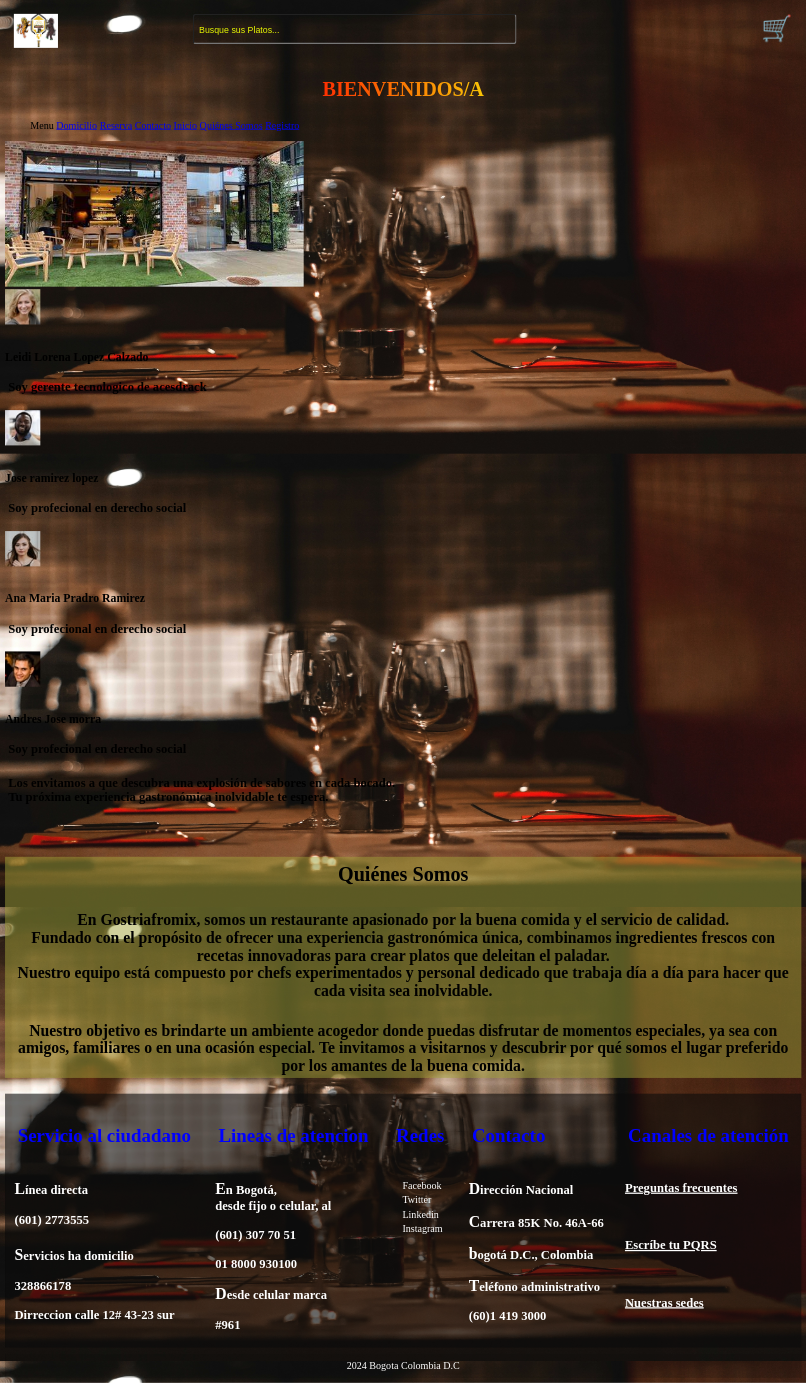
Repository: ye909/app_restaurante
Page: index.html
These files come from the project's save history. The page is drawn as it stood at one moment and after the next save; the edit follows.
The browser window is 1280 px wide. The pictures show the whole page, at 63% of full size.
Backgrounds fixed to the window are drawn as part of the page.

Above is the page before, as saved 2025-01-11 19:58:03.
Console error: ReferenceError: menuItems is not defined

### index.html
<!DOCTYPE html>
<html lang="en">

<head>
  <meta charset="UTF-8">
  <meta name="viewport" content="width=device-width, initial-scale=1.0">
  <title>Document</title>
  <link rel="stylesheet" href="/css/menu_principal.css">
  <link rel="stylesheet" href="/css/footer.css">
  <link rel="stylesheet" href="/css/heder.css">
  <link rel="stylesheet" href="/css/modal_card.css">
  <link rel="stylesheet" href="/css/stilo.css">
</head>

<body>
  <header>
    <div class="container_header_card">
      <div class="imagen"><img src="/public/imagen/login.gif" alt=""></div>

      <input type="text" id="buscar" class="buscar" placeholder="Busque sus Platos...">
      <ul id="productList" class="productList"></ul>

      <div id="cart-btn" class="shopping">🛒</div>

  </header>



  <h1 class="bienvenida" id="bienvenida">BIENVENIDOS/A</h1>
  <nav>
    <ul>
      <li id="menu-btn"> <a href=""></a>Menu</li>
      <li></li>
      </li>
      <li><a href="./public/templeis/domicilio.html" target="_blank">Domicilio</a></li>
      <li><a href="./public/templeis/reserva.html" target="_blank">Reserva</a></li>
      <li><a href="#contacto">Contacto</a></li>
      <li><a href="./public/templeis/login.html" target="_blank">Inicio</a></li>
      <li><a href="#somos">Quiénes Somos</a></li>
      <li><a href="./public/templeis/registro.html" target="_blank">Registro</a> </li>
    </ul>
  </nav>
  <img src="./public/imagen/rrstaurante1.jpg" alt="" class="imgRestaurante">

  <main id="menu-view" class="menu-view">
    <div class="filter-buttons">
      <button class="filter" data-region="Todos">Todos</button>
      <button class="filter" data-region="Latinoamérica">Latinoamérica</button>
      <button class="filter" data-region="Centroamérica">Centroamérica</button>
      <button class="filter" data-region="Suramérica">Suramérica</button>
    </div>
    <div id="menu-items" class="menu-items"></div>
    <div>
      <h1>aaas</h1>
    </div>
    <audio id="clickSound" src="./public/audio/mouse_btn3.mp3"></audio>
  </main>


  <main id="cart-view" class="cart-view">
    <h2 class="carro">Carrito de Compras</h2>
    <div id="cart-items" class="cart-items"></div>
    <div class="cart-total">
      <p>Total: <span id="cart-total">$0.00</span></p>
      <button id="back-to-menu">Volver al Menú</button>
    </div>
  </main>

  <div class="container_card_persona">

    <article class="container_persona">
      <img src="./public/imagen/mona.jpg" alt=""><br><br>
      <h3>Leidi Lorena Lopez Calzado</h3>
      <p>Soy gerente tecnologico de acesdrack </p>
    </article>

    <article class="container_persona">
      <img src="./public/imagen/afro.jpg" alt=""><br><br>
      <h3>Jose ramirez lopez</h3>
      <p>Soy profecional en derecho social</p>
    </article>


    <article class="container_persona">
      <img src="./public/imagen/indigena.jpg" alt=""><br><br>
      <h3>Ana Maria Pradro Ramirez</h3>
      <p>Soy profecional en derecho social</p>
    </article>

    <article class="container_persona">
      <img src="./public/imagen/mestizo.jpg" alt=""><br><br>
      <h3>Andres Jose morra</h3>
      <p>Soy profecional en derecho social</p>
    </article>


  </div>

  <p class="text_invitacion"> Los envitamos a que descubra una explosión de sabores en cada bocado. <br>
    Tu próxima experiencia gastronómica inolvidable te espera.
  </p>
  <br> <br>

  <div class="quienes_somos" id="somos">
    <h1>Quiénes Somos</h1>
    <p>En <strong>Gostriafromix</strong>, somos un restaurante apasionado por la buena comida y el servicio de calidad.
      <br>
      Fundado con el propósito de ofrecer una experiencia gastronómica única, combinamos ingredientes frescos con
      recetas innovadoras para crear platos que deleitan el paladar. <br>
      Nuestro equipo está compuesto por chefs experimentados y personal dedicado que trabaja día a día para hacer que
      cada visita sea inolvidable.
    </p>
    <p>Nuestro objetivo es brindarte un ambiente acogedor donde puedas disfrutar de momentos especiales, ya sea con
      amigos, familiares o en una ocasión especial. Te invitamos a
      visitarnos y descubrir por qué somos el lugar preferido por los amantes de la buena comida.</p>
  </div>

  <footer>
    <div class="conataine_footer">
      <div>
        <h4>Servicio al ciudadano</h4>
        <p><span>L</span>ínea directa <br> <br> (601) 2773555</p>
        <p id="domicilio"><span>S</span>ervicios ha domicilio<br> <br>328866178 <br><br>Dirreccion calle 12# 43-23 sur
        </p>

      </div>

      <div>
        <h4>Lineas de atencion</h4>
        <p><span>E</span>n Bogotá, <br> desde fijo o celular, al <br><br>
          (601) 307 70 51 <br><br>
          01 8000 930100 <br><br>
          <span>D</span>esde celular marca <br><br>
          #961
        </p>
      </div>
      <div>
        <h4>Redes</h4>
        <div><a href=""><i class="fa-brands fa-facebook"> </i></a> Facebook</div>
        <div><a href=""><i class="fa-brands fa-twitter"></i></a>Twitter</div>
        <div><a href=""><i class="fa-brands fa-linkedin"></i> </a>Linkedin</div>
        <div><a href=""><i class="fa-brands fa-instagram"></i></a> Instagram</div>
      </div>
      <div>
        <h4 id="contacto">Contacto</h4>
        <p><span>D</span>irección Nacional<br><br>
          <span>C</span>arrera 85K No. 46A-66<br><br>
          <span>b</span>ogotá D.C., Colombia<br><br>
          <span>T</span>eléfono administrativo<br><br>
          (60)1 419 3000
        </p>
      </div>

      <div>
        <h4> Canales de atención</h4>
        <p><a href="#">Preguntas frecuentes</p></a><br>
        <p><a href="#">Escríbe tu PQRS</p></a><br>
        <p><a href="#">Nuestras sedes</p></a>
      </div>
    </div>
  </footer>
  <div class="container_final">2024 Bogota Colombia D.C</div>


  <script src="./js/script.js"></script>
  <script src="./js/productos.js"></script>
  <script src="./js/dinamico.js"></script>
</body>

</html>

### css/menu_principal.css
:scope{
    padding: 0%;
    margin: 0%;
    overflow: scroll;
}

html {
    scroll-behavior: smooth;
    background-image: url(../public/imagen/janos.jpg);
    background-repeat: no-repeat;
    background-size: cover;
    background-attachment: fixed;
    background-size: 100% 100%;
    height: auto;
  }
  li{
    display: inline;
}

/*
  .imgRestaurante {
    width: 100%;
    height: 50vh;
  }

  .container_card_persona {
    display: flex;
    justify-content: space-around;
    align-items: center;
    flex-direction: row;
    flex-wrap: wrap;
    padding: 10px;
  }
  .container_persona {
    width: 10%;
    background: rgba(26, 25, 25, 0.6);
    border-radius: 4px;
    color: white;
    padding: 10px;
    height: auto;
    box-shadow: rgb(8, 8, 8) 1px 2px 2px 2px;
  }
  .container_persona img {
    object-fit: cover;
    width: 100%;
    margin-top: -30px;
    border-radius: 80px;
    box-shadow: rgb(8, 4, 247) 1px 1px 1px;
  }

  h3 {
    text-align: center;
    color: yellow;
  }
  .container_persona p {
    padding: 6px;
    font-size: 18px;
    list-style: 1.4;
  }

  .quienes-somos {
    width: 100%;
    text-align: center;
    background: rgba(232, 232, 157, 0.4);
  }
  .quienes-somos p {
    font-size: 30px;
    line-height: 1.4;
  }

  .text_invitacion {
    font-size: 25px;
    line-height: 1.4;
    width: 99%;
    text-align: center;
    background: rgba(232, 232, 157, 0.2);
  }
   */

### css/footer.css
.conataine_footer {
  display: flex;
  justify-content: space-between;
  flex-direction: row;
  flex-wrap: wrap;
  margin: 10px;
}

p {

  padding: 5px;
  font-size: 20px;
  font-weight: bold;
}
span {
  font-size: 25px;
}
.quienes_somos {
  background:rgba(161, 161, 59, 0.5);
}
.quienes_somos p{
  text-align: center;
font-size: 25px;
}
:is(.container_final) {
  display: flex;
  justify-content: center;
  align-items: center;
}

h4 {
  color: blue;
  font-size: 30px;
}
:is(.container_final, h4, i) {
  padding: 10px;
}
.container_final {
  background: rgba(12, 12, 12, 0.2);
  color: white;
}
.fa-facebook {
  color: rgb(5, 5, 253);
}
.fa-twitter {
  color: rgb(8, 123, 245);
}
.fa-linkedin {
  color: rgb(71, 71, 155);
}
.fa-instagram {
  color: rgb(243, 17, 17);
}
a {
  cursor: pointer;

}
footer a {
  font-size: 20px;
  color: white;
}
footer {
  background: rgba(10, 10, 10, 0.6);
  color: white;
}

### css/heder.css
.container_header_card{
    display: flex;
    justify-content: space-between;
    justify-items: center;
    flex-direction: row;
    flex-wrap: wrap;
    padding: 14px;
    }

 .productList {
     list-style-type: none;
     padding: 0;
 }

 .productList li {
     padding: 10px;
     border-bottom: 1px solid #ccc;
 }

 .productList li:last-child {
     border-bottom: none;
 }

  .container_header_card img{
    width: 70px;
}
  .shopping{
    font-size: 40px;
cursor: pointer;
}
.buscar::placeholder{
    color:rgb(232, 248, 3);
    font-size: 14px;
}

.buscar {
    width: 40%;
    height: 3.9vh;
    background:transparent;
    color:white;
    font-size: 18px;
    border-radius: 5px;
    margin-left: 20px;
}
:is(.bienvenida,
 .buscar){
     padding: 8px;
 }
 .bienvenida{
    background-image:linear-gradient(to left, rgb(4, 151, 4), rgb(248, 244, 7),  red,rgb(14, 14, 240));
    -webkit-text-fill-color:transparent;
    -webkit-background-clip: text;
    background-clip: text;
    text-align: center;


}

### css/modal_card.css
t-items{
     display: none;
}
.card {
  width: 15%;
  height: 20vh;
  padding: 10px;
  background: rgba(0, 0, 0, 0.4);
  border-radius: 10px;
}
h1{
  text-align: center;
  padding: 10px;

}
.carro{
  color:yellow;
}
.card img {
  width: 100%;
  height: 150px;
  object-fit: cover;
  border-radius: 5px;
}
.cart-view,.menu-view{
  display: none;
}
.card button {
  margin-top: 10px;
  background-color: #007bff;
  color: white;
  border: none;
  padding: 10px;
  border-radius: 5px;
  cursor: pointer;
}

.card button:hover {
  background-color: #0056b3;
}

.cart-total {
  text-align: right;
  margin: 20px;
}


.cart-total{
  font-size: 20px;
  color:blue;
}
button {
  width: 270px;
  padding: 10px;
  transition: background-color 0.3s ease, transform 0.2s ease;
  border-radius: 20px;
  background: transparent;
  color: blue;
  font-size: 18px;
}
button:hover {
  border: none;
  background: #0606f8fd;
  color: black;
  box-shadow: rgb(7, 71, 236) 2px 2px 2px, rgb(7, 71, 236) 2px 2px 2px,
    rgb(7, 71, 236) 2px 2px 2px, rgb(7, 71, 236) 2px 2px 2px;
}

### css/stilo.css


/*

    .filter-buttons {
      margin: 20px;
      text-align: center;
    }

    .filter {
      margin: 5px;
      padding: 10px 15px;
      background-color: #007bff;
      color: white;
      border: none;
      cursor: pointer;
      border-radius: 5px;
    }

    .filter:hover {
      background-color: #0056b3;
    }
    .menu-items,.cart-view{
      display: flex;
      justify-content: space-between;
      justify-content: center;
      flex-direction: row;
      flex-wrap: wrap;
      gap: 20px;
    }
     */

### js/script.js

  let cart = [];
  let selectedRegion = "Todos";

  const menuView = document.getElementById("menu-view");
  const cartView = document.getElementById("cart-view");
  const menuItemsContainer = document.getElementById("menu-items");
  const cartItemsContainer = document.getElementById("cart-items");
  const cartTotal = document.getElementById("cart-total");

  document.querySelectorAll(".filter").forEach(button => {
    button.addEventListener("click", () => {
      selectedRegion = button.getAttribute("data-region");
      renderMenu();
    });
  });

  document.getElementById("menu-btn").addEventListener("click", () => {
    menuView.style.display = "block";
    cartView.style.display = "none";
  });

  document.getElementById("cart-btn").addEventListener("click", () => {
    menuView.style.display = "none";
    cartView.style.display = "block";
    renderCart();
  });

  document.getElementById("back-to-menu").addEventListener("click", () => {
    menuView.style.display = "block";
    cartView.style.display = "none";
  });

  function renderMenu() {
    menuItemsContainer.innerHTML = "";
    const filteredItems = selectedRegion === "Todos" ? menuItems : menuItems.filter(item => item.region === selectedRegion);
    filteredItems.forEach(item => {
      const card = document.createElement("div");
      card.className = "card";
      card.innerHTML = `
        <img src="${item.image}" alt="${item.name}">
        <h3>${item.name}</h3>
        <p>${item.description}</p>
        <p><strong>$${item.price.toFixed(2)}</strong></p>
        <button onclick="addToCart(${item.id})">Agregar</button>
      `;
      menuItemsContainer.appendChild(card);
    });
  }

  function renderCart() {
    cartItemsContainer.innerHTML = "";
    cart.forEach(item => {
      const cartItem = document.createElement("div");
      cartItem.className = "card";
      cartItem.innerHTML = `
        <h3>${item.name}</h3>
        <p>Cantidad: ${item.quantity}</p>
        <p><strong>$${(item.price * item.quantity).toFixed(2)}</strong></p>
      `;
      cartItemsContainer.appendChild(cartItem);
    });
    const total = cart.reduce((sum, item) => sum + item.price * item.quantity, 0);
    cartTotal.textContent = `$${total.toFixed(2)}`;
  }

  function addToCart(id) {
    const item = menuItems.find(item => item.id === id);
    const cartItem = cart.find(item => item.id === id);
    if (cartItem) {
      cartItem.quantity++;
    } else {
      cart.push({ ...item, quantity: 1 });
    }
  }

  renderMenu();

### js/productos.js
const menuItems = [
  { id: 1, name: "Tacos al Pastor", description: "Delicious tacos", price: 12.99, image: "https://via.placeholder.com/150", region: "Latinoamérica" },
  { id: 2, name: "Pupusas", description: "Thick griddle cakes", price: 9.99, image: "https://via.placeholder.com/150", region: "Centroamérica" },
  { id: 3, name: "Ceviche", description: "Fresh seafood", price: 15.99, image: "https://via.placeholder.com/150", region: "Suramérica" },
];


// const menuItems = [

//     {
//       id:1,
//       nombre: "Bebida caliente",
//       img: "./public/imagen/bebidas_calientes1.PNG",
//       precio: 20000,
//       descripcion1: "hecho en los mejores lugares de paris",
//       cantidad: 1,
//     },

//     {
//       id:4,
//     precio:10000,
//     nombre:"carne",
//     img:"./public/imagen/mexica1.jpg",
//       descripcion:"Los tacos son uno de los mida "
//     , descripcion1:"tanos"
//     },
//     {
//       id:5,
//       precio:100,
//       nombre:"Sancocho",
//       img:"./public/imagen/sancocho.webp",
//         descripcion:"ya no kkkkk",
//          descripcion1:"plato de casula"
//     },
//     {
//       id:6,
//       precio:30000,
//     nombre:"Lechona",
//     img:"./public/imagen/mexica2.jpg",
//       descripcion:"La lechona es un plato típico de la "
//      ,descripcion1:"plátanos rellenos"
//     },
//     {
//       id:7,
//     precio:90000,
//     nombre:"Postre",
//     img:"./public/imagen/postre2.PNG",
//       descripcion:"ya nhhjshhshao ",
//        descripcion1:"Sabor y dulsura en el plato"
//     },
//     {
//       id:8,
//     precio:10000,
//     nombre:"Coltel",
//     img:"./public/imagen/coltel.webp",
//       descripcion:"Los tacos son uno de comida "
//     , descripcion1:"tanos"
//     },

//     {
//       id:10,
//       precio:30000,
//     nombre:"Cerveza",
//     img:"./public/imagen/cervezas.webp",
//       descripcion:"La lechona es un conoce como "
//      ,descripcion1:"plátanos rellenos"
//     },
//     {
//       id:9,
//       precio:100,
//       nombre:"plátanos rellenos",
//       img:"./public/imagen/platano.PNG",
//         descripcion:"ya no kkkkk",
//          descripcion1:"Rellenos de bocadillo y queso"
//     },
//     {
//       id:10,
//       precio:30000,
//     nombre:"Jugos",
//     img:"./public/imagen/JUGOS_NATURALES.jpg",
//       descripcion:"La lechona es unente se conoce como "
//      ,descripcion1:"plátanos rellenos"
//     },
//     {
//       id:11,
//     precio:90000,
//     nombre:"Arrozanas",
//     img:"./public/imagen/mexico6.jpg",
//       descripcion:"ya nhhjshhshao ",
//        descripcion1:"plátanos rellenos"
//     },
//     {
//     id:11,
//     precio:90000,
//     nombre:"Licor",
//     img:"./public/imagen/licores.webp",
//       descripcion:"ya nhhjshhshao ",
//        descripcion1:"plátanos rellenos"
//     }
//     //    contenido:"ya no"
//   ];

### js/dinamico.js

 const menuview = document.getElementById("menu-view")
const menu_principal=document.getElementById("menu_principal").addEventListener("click",ver_menu)

function ver_menu() {
  menuview.style.display="inline"
}
// texto de bienvenida

setTimeout(()=>{
    const bienvenida = document.getElementById("bienvenida").remove()
    bienvenida.style.transition=" background-color 0.3s ease, transform 0.7s ease; "
},3000)


// audio de los botones
const playSound = function () {
    var audio = document.getElementById("clickSound");
    audio.play();
  }



// // Ejemplo de notificación (opcional)
// document.getElementById('btnboton_agregar').addEventListener('click', () => {
//     if (Notification.permission === 'granted') {
//         new Notification('¡Hola desde tu PWA!');
//     } else if (Notification.permission !== 'denied') {
//         Notification.requestPermission().then((permission) => {
//             if (permission === 'granted') {
//                 new Notification('¡Hola desde tu PWA!');
//             }
//         });
//     }
// });

After the next save:
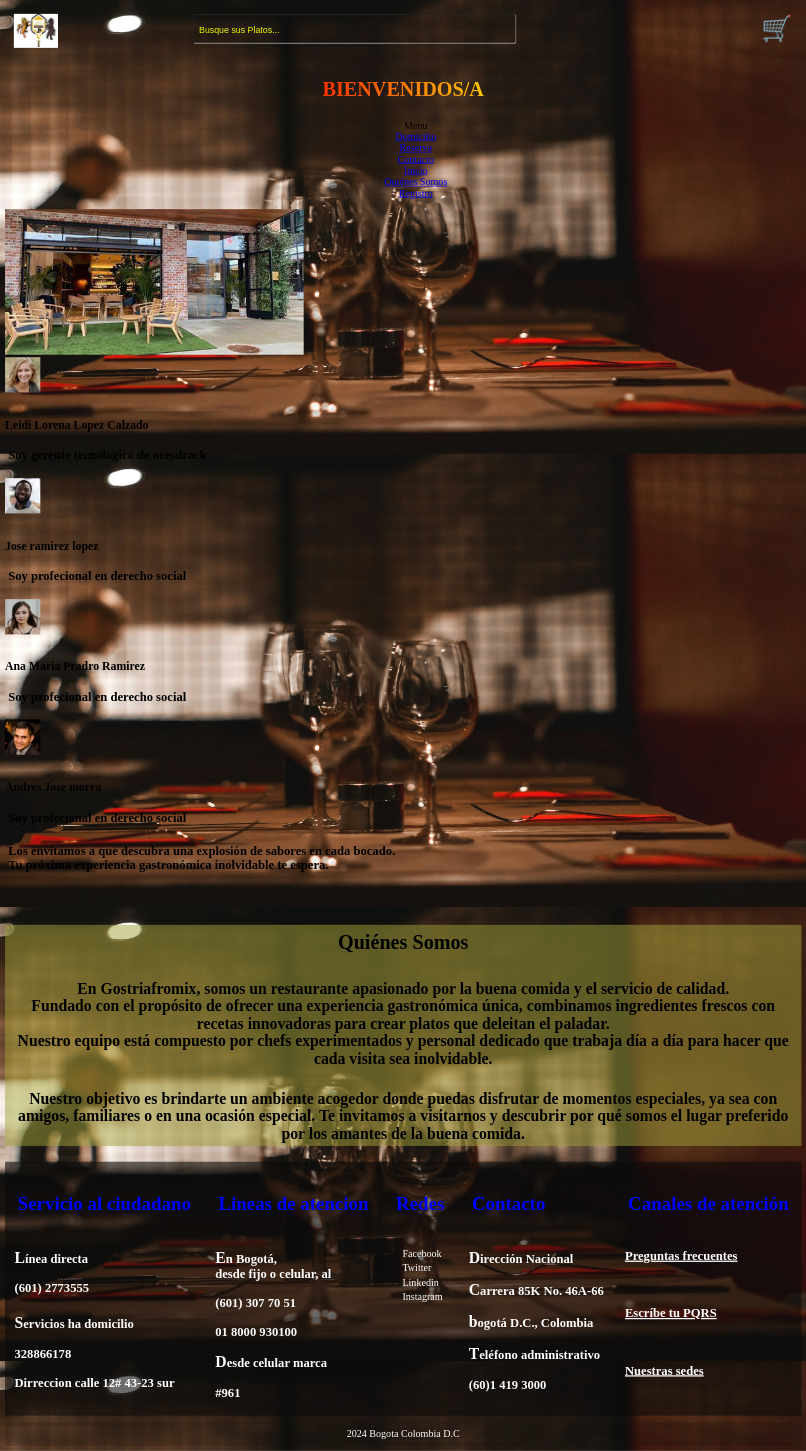
Saved 108 s later.
--- a/css/menu_principal.css
+++ b/css/menu_principal.css
@@ -14,7 +14,11 @@
     height: auto;
   }
   li{
-    display: inline;
+    display: flex;
+    justify-content: space-between;
+    justify-content: center;
+    flex-direction: row;
+    flex-wrap: wrap;
 }
 
 /*

After the save that followed:
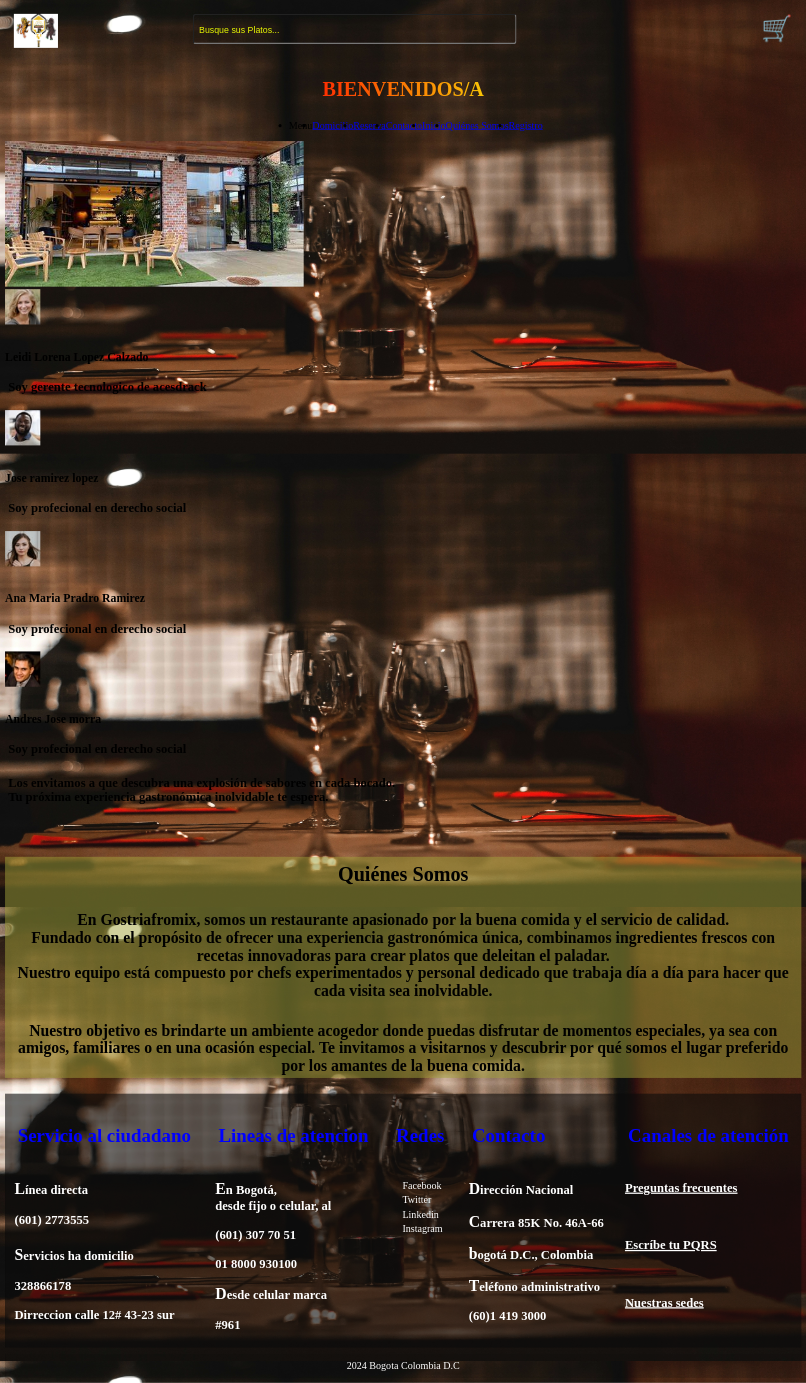
Saved 17 s later.
--- a/css/menu_principal.css
+++ b/css/menu_principal.css
@@ -13,7 +13,7 @@
     background-size: 100% 100%;
     height: auto;
   }
-  li{
+  ul{
     display: flex;
     justify-content: space-between;
     justify-content: center;
